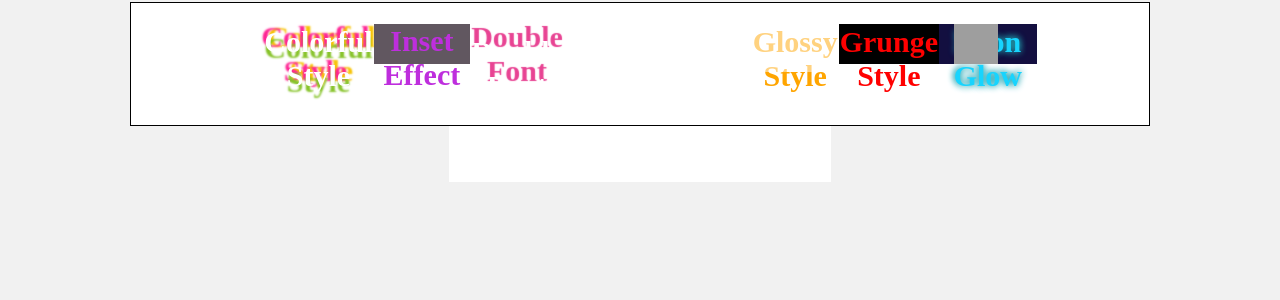
Repository: watermelonfee/HTCNWEB
Page: CSS/Tuan03/Bai2/Bai2b.html
An editor plug-in stored every save of this project. The page is shown before and after the next save, followed by the edit.
The browser window is 1280 px wide. The pictures show the whole page.
Pictures or frames that could not be fetched are drawn as grey boxes.

Above is the page before, as saved 2023-03-13 23:11:13.

After the next save:
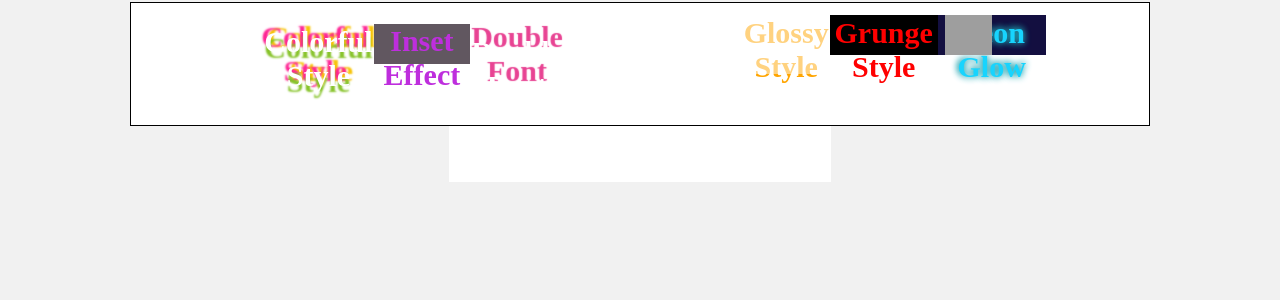
Saved 21 s later.
--- a/CSS/Tuan03/Bai2/bai2b.css
+++ b/CSS/Tuan03/Bai2/bai2b.css
@@ -37,9 +37,6 @@ div {
     bottom: 10px;
     width: 30%;
     text-align: center;
-    font-size: 30px;
-    padding: 10px;
-    font-weight: 700;
     color: white;
     display: flex;
     justify-content: space-between;
